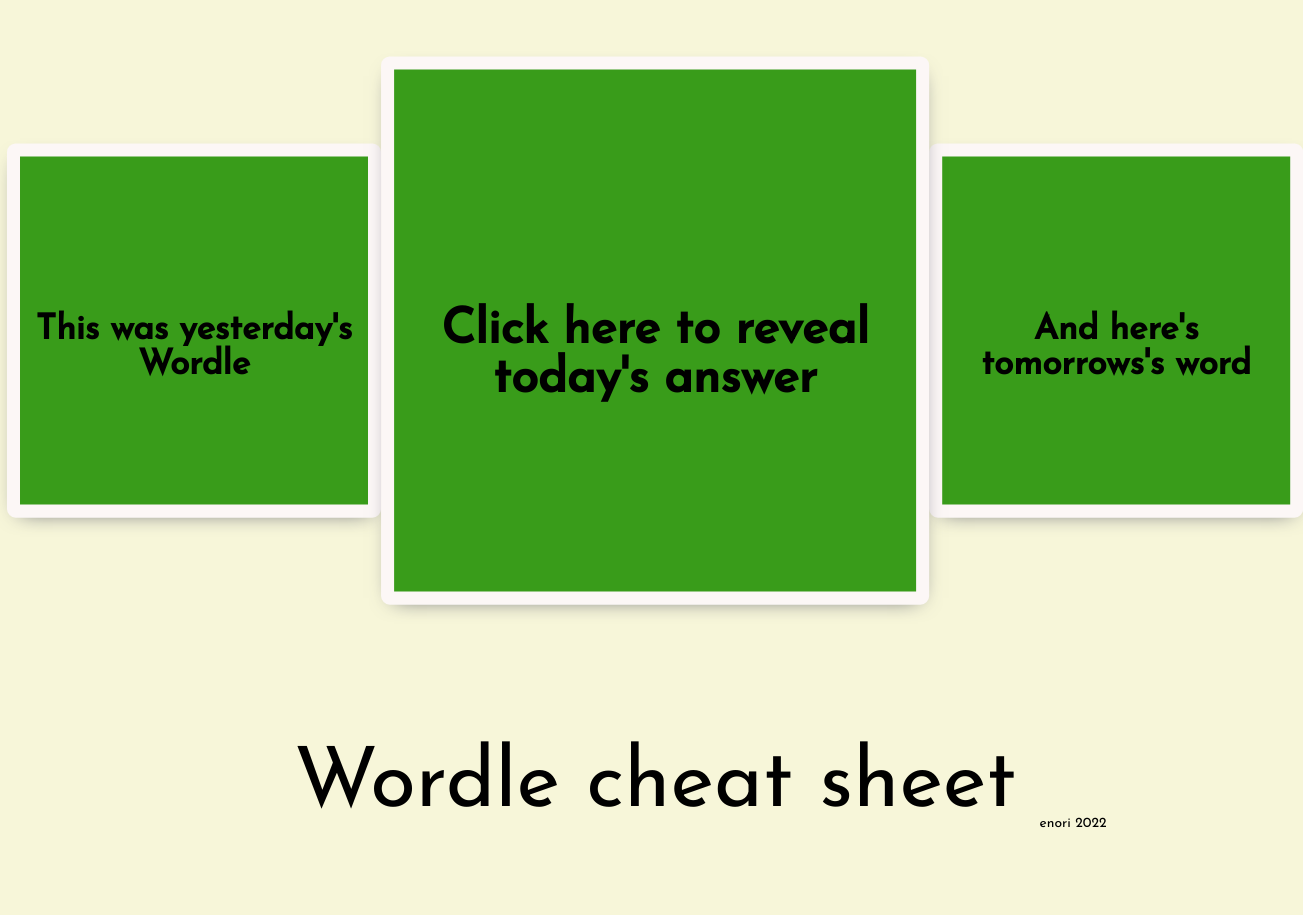
Repository: enoripl/tomorrows-wordle
Page: index.html
The author's editor kept a copy of each file at every save. The page is drawn from the files as they stood at one save, then again after the next save.
The browser window is 1280 px wide. The page is 1498 px wide, so the pictures cover 1498 px, including what lies to the right of the window. The pictures show the whole page, at 87% of full size.

Above is the page before, as saved 2022-02-09 19:51:21.

### index.html
<!DOCTYPE html>
<html lang="en">
  <head>
    <meta charset="UTF-8" />
    <meta http-equiv="X-UA-Compatible" content="IE=edge" />
    <meta name="viewport" content="width=device-width, initial-scale=1.0" />
    <link rel="stylesheet" href="styles.css" />
    <link
    rel="stylesheet"
    href="https://cdnjs.cloudflare.com/ajax/libs/animate.css/4.1.1/animate.min.css"
  />
    <script type="text/javascript" src="script.js" defer></script>
    <title>Today's (and tommorow's Wordle)</title>
  </head>
  <body>
    <main class="main-content">
      <div class="buttons-section">
        <div class="buttons-group">
          <div class="answer-btns" id="yesterdays-btn">
            This was yesterday's Wordle
          </div>
          <div class="answer-btns" id="todays-btn">
            Click here to reveal
            today's answer
          </div>
          <div class="answer-btns" id="tomorrows-btn">
            And here's tomorrows's word
          </div>
        </div>
      </div>
      <div class="logo-section">
        <div class="logo">Wordle cheat sheet</div>
    </main>
    </header>
    <footer>enori 2022</footer>
  </body>
</html>

### styles.css
@import url("https://fonts.googleapis.com/css2?family=Josefin+Sans:wght@300;400;500&display=swap");

body {
  font-family: "Josefin Sans", sans-serif;
  white-space: pre-line;
  display: flex;
  flex-direction: column;
  height: 100vh;
  background-color: rgb(247, 246, 217);
}

.main-content {
display: grid;
grid-template-rows: 80% 300px;
}

.buttons-section {
    display: flex;
    justify-content: center;
    align-items: center;
}

.buttons-group {
  display: flex;
  align-items: center;
}

.answer-btns {
  display: flex;
  justify-content: center;
  align-items: center;
  text-align: center;
  background-color: rgb(57, 156, 26);
  height: 400px;
  width: 400px;
  font-size: 2.5rem;
  font-weight: 600;
  border-radius: 10px;
  border: 15px solid rgb(252, 247, 246);
  -webkit-box-shadow: 1px 8px 24px -14px rgba(66, 68, 90, 1);
  -moz-box-shadow: 1px 8px 24px -14px rgba(66, 68, 90, 1);
  box-shadow: 1px 8px 24px -14px rgba(66, 68, 90, 1);
  z-index: 50;
}

#todays-btn {
  height: 600px;
  width: 600px;
  font-size: 3.5rem;
  z-index: 100;
}

.answer-text {
  font-size: 5rem;
  font-weight: 800;
}

.answer-text-today {
    font-size: 6rem !important;
    font-weight: 800;
  }

.logo-section {
  display: flex;
  justify-content: center;
  align-items: center;
  font-size: 6rem;
}

footer {
    display: flex;
    flex-direction: row-reverse;
}

Loaded but not shown: script.js (2355 lines, source omitted)

After the next save:
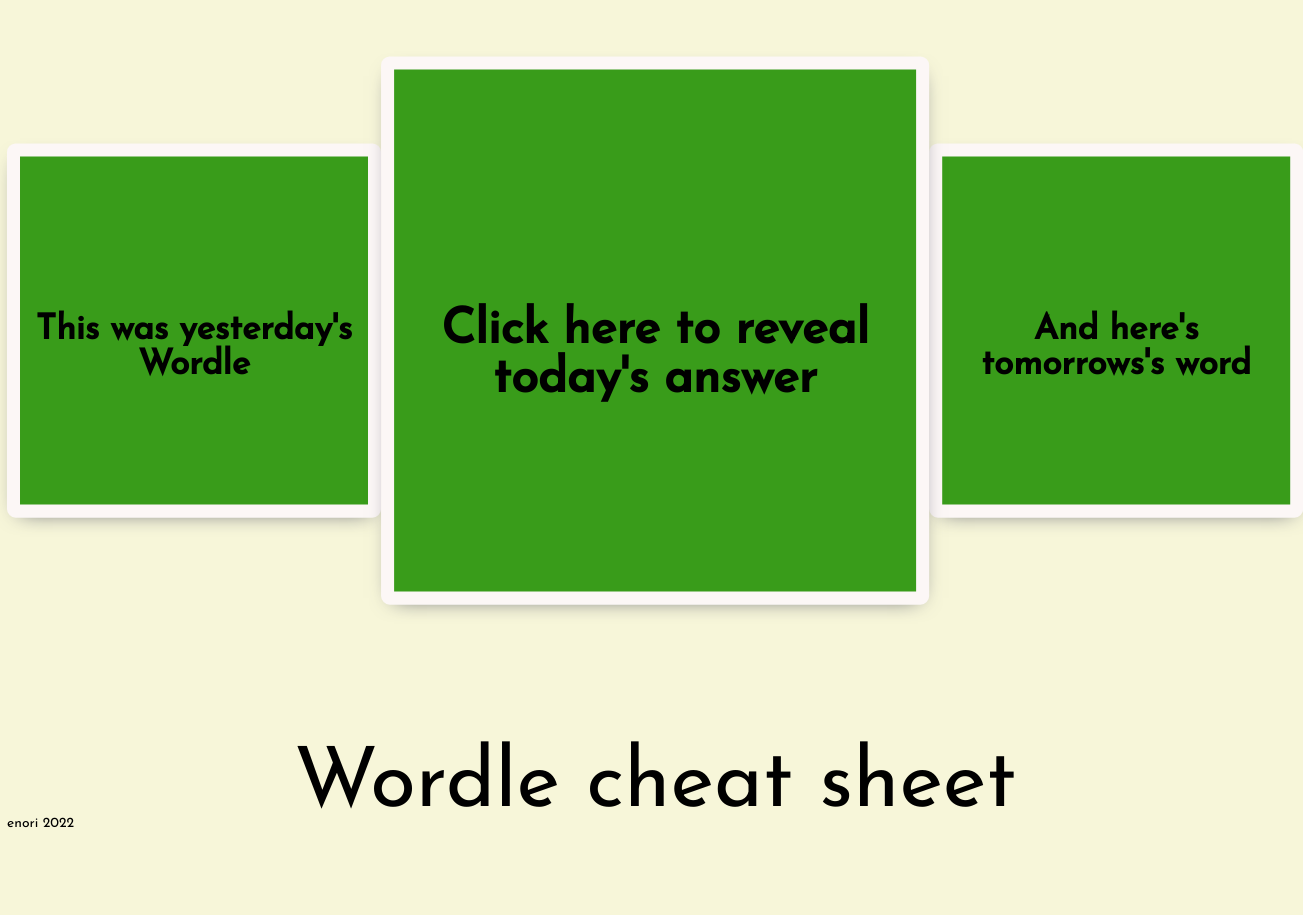
Saved 4 s later.
--- a/styles.css
+++ b/styles.css
@@ -66,8 +66,3 @@
   align-items: center;
   font-size: 6rem;
 }
-
-footer {
-    display: flex;
-    flex-direction: row-reverse;
-}
